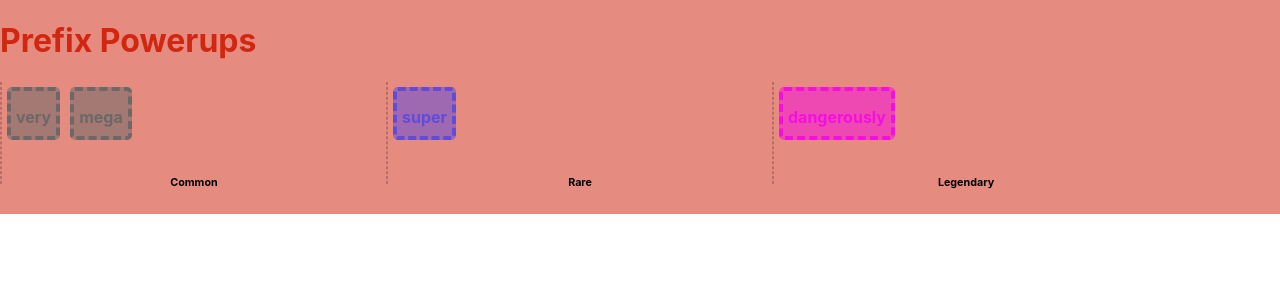
Repository: bsalgado98/buns-inator
Page: /
An editor plug-in stored every save of this project. The page is shown before and after a run of saves, followed by the edit.
The browser window is 1280 px wide. The pictures show the whole page.
The project was rebuilt for these pictures with package versions that can differ from the ones it lists, and the page was loaded fresh each time.

Above is the page before, as saved 2022-04-25 22:42:37.

### src/index.css
body {
    margin: 0;
    padding: 0;
    font-family: -apple-system, BlinkMacSystemFont, 'Segoe UI', 'Roboto', 'Oxygen',
        'Ubuntu', 'Cantarell', 'Fira Sans', 'Droid Sans', 'Helvetica Neue',
        sans-serif;
    -webkit-font-smoothing: antialiased;
    -moz-osx-font-smoothing: grayscale;
}

code {
    font-family: source-code-pro, Menlo, Monaco, Consolas, 'Courier New', monospace;
}

### src/App.js
import './App.css';
import WordBank from './components/WordBank/WordBank'

function App() {
    const wordList = {
        prefixPowerups: [
            {
                sectionTitle: "Common",
                words: ['very', 'mega'],
                color: "#6b6867"
            },
            {
                sectionTitle: "Rare",
                words: ['super'],
                color: "#614cd9"
            },
            {
                sectionTitle: "Legendary",
                words: ['dangerously'],
                color: "#f50fde"
            }
        ]
    }

    return (
        <div className="App">
            <WordBank bankTitle='Prefix Powerups' color="#d12711" wordCollection={wordList.prefixPowerups}/>
        </div>
    );
}

export default App;

### src/components/WordBank/WordBank.js
import createWordSection from "../../utility/wordSection"

const WordBank = ({ bankTitle = "N/A", color = "#000000", wordCollection = [] }) => {
    const styles = {
        container: {
            style: {
                backgroundColor: `${color}88`,
                display: 'flex',
                flexDirection: 'column'
            }
        },
        title: {
            style: {
                color: color
            },
            container: {
                style: {
                    display: 'flex',
                    width: '100%'
                }
            }
        },
        collectionArea: {
            style: {
                display: 'flex'
            },
            section: {
                style: {
                    display: 'flex',
                    flexDirection: 'column',
                    width: '30%'
                },
                wordArea: {
                    style: {
                        display: 'flex'
                    }
                }
            }
        },
        divider: {
            style: {
                height: '100px',
                width: '0px',
                border: '1px dashed black',
                opacity: '0.2'
            }
        }
    }
    return (
        <div style={styles.container.style}>
            <div style={styles.title.container.style}>
                <h1 style={styles.title.style}>{bankTitle}</h1>
            </div>
            <div style={styles.collectionArea.style}>
                {wordCollection.map((section, i) => {
                    return (
                        <>
                            <span style={styles.divider.style}></span>
                            <div key={`section-${i}`} style={styles.collectionArea.section.style}>
                                <div style={styles.collectionArea.section.wordArea.style}>
                                    {createWordSection(section.words, section.color)}
                                </div>
                                <h6>{section.sectionTitle}</h6>
                            </div>
                        </>
                    )
                })}
            </div>
        </div>
    )
}

export default WordBank

### src/utility/wordSection.js
import WordCard from "../components/WordCard/WordCard";

function createWordSection(words, wordColor) {
    return words.map((word, i) => <WordCard key={`word-${i}`} text={word} color={wordColor} />)
}

export default createWordSection

### src/components/WordCard/WordCard.js
const WordCard = ({ text = "N/A", color = "#000000" }) => {
    const styles = {
        container: {
            style: {
                background: `${color}88`,
                display: 'flex',
                border: `4px dashed ${color}`,
                margin: '5px',
                padding: '5px',
                borderRadius: '5px',
                height: '50%',
                justifyText: 'center'
            }
        },
        text: {
            style: {
                color: color,
                fontSize: '16px'
            }
        }
    }
    return (
        <div style={styles.container.style}>
            <h1 style={styles.text.style}>{text}</h1>
        </div>
    )
}

export default WordCard

Loaded but not shown: public/index.html (common file); src/index.js (common file); src/reportWebVitals.js (common file); src/App.css (common file)

After the next 2 saves:
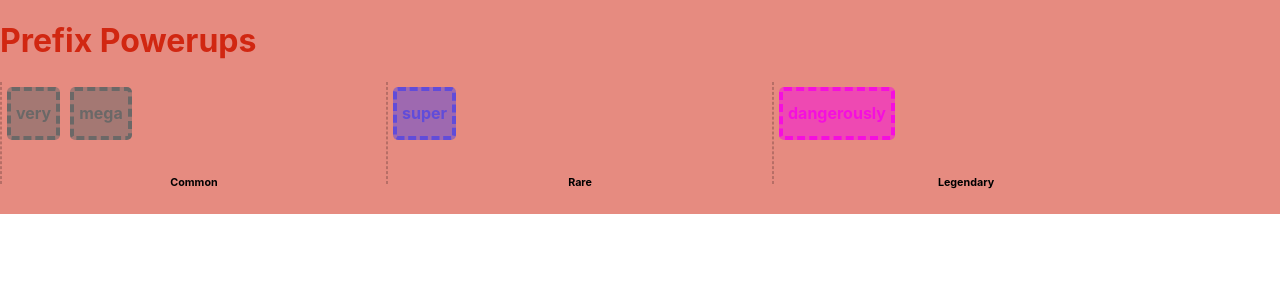
The 2 saves are shown as one change because they came seconds apart.
The last was saved 8 s later.
--- a/src/components/WordCard/WordCard.js
+++ b/src/components/WordCard/WordCard.js
@@ -9,7 +9,7 @@ const WordCard = ({ text = "N/A", color = "#000000" }) => {
                 padding: '5px',
                 borderRadius: '5px',
                 height: '50%',
-                justifyText: 'center'
+                alignItems: 'center'
             }
         },
         text: {
